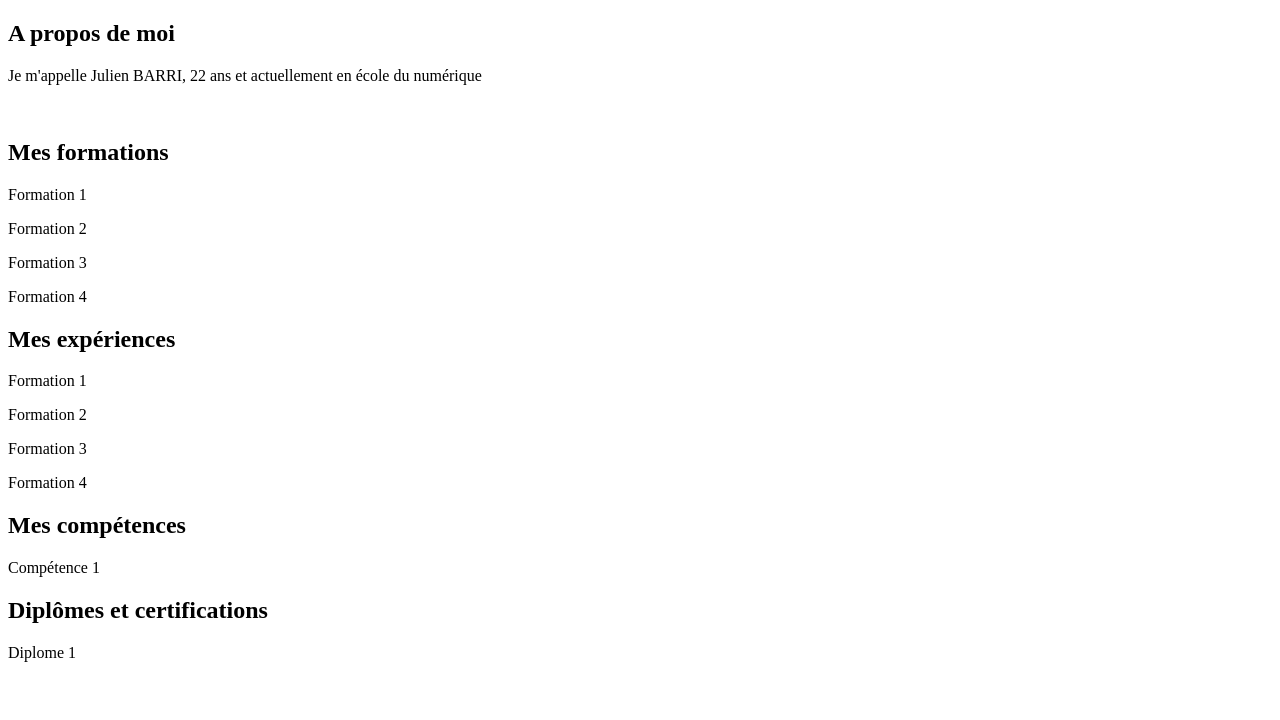
Repository: barridev/cours_devops.github.io
Page: index.html
These files come from the project's save history. The page is drawn as it stood at one moment and after the next save; the edit follows.
The browser window is 1280 px wide. The pictures show the whole page.

Above is the page before, as saved 2022-06-13 14:59:25.

### index.html
<!DOCTYPE html>
<html lang="en">

<head>
    <meta charset="UTF-8">
    <meta http-equiv="X-UA-Compatible" content="IE=edge">
    <meta name="viewport" content="width=device-width, initial-scale=1.0">
    <title>Document</title>
</head>

<body>
    <section>
        <h1>A propos de moi</h1>
        <p>Je m'appelle Julien BARRI, 22 ans et actuellement en école du numérique</p>
        <img src="" alt="">
    </section>

    <section>
        <h2> Mes formations </h2>
        <p>Formation 1</p>
        <p>Formation 2</p>
        <p>Formation 3</p>
        <p>Formation 4</p>
    </section>

    <section>
        <h2> Mes expériences </h2>
        <p>Formation 1</p>
        <p>Formation 2</p>
        <p>Formation 3</p>
        <p>Formation 4</p>
    </section>

    <section>
        <h2> Mes compétences</h2>
        <p>Compétence 1</p>

    </section>

    <section>
        <h2> Diplômes et certifications</h2>
        <p>Diplome 1</p>

    </section>

</body>

</html>

After the next save:
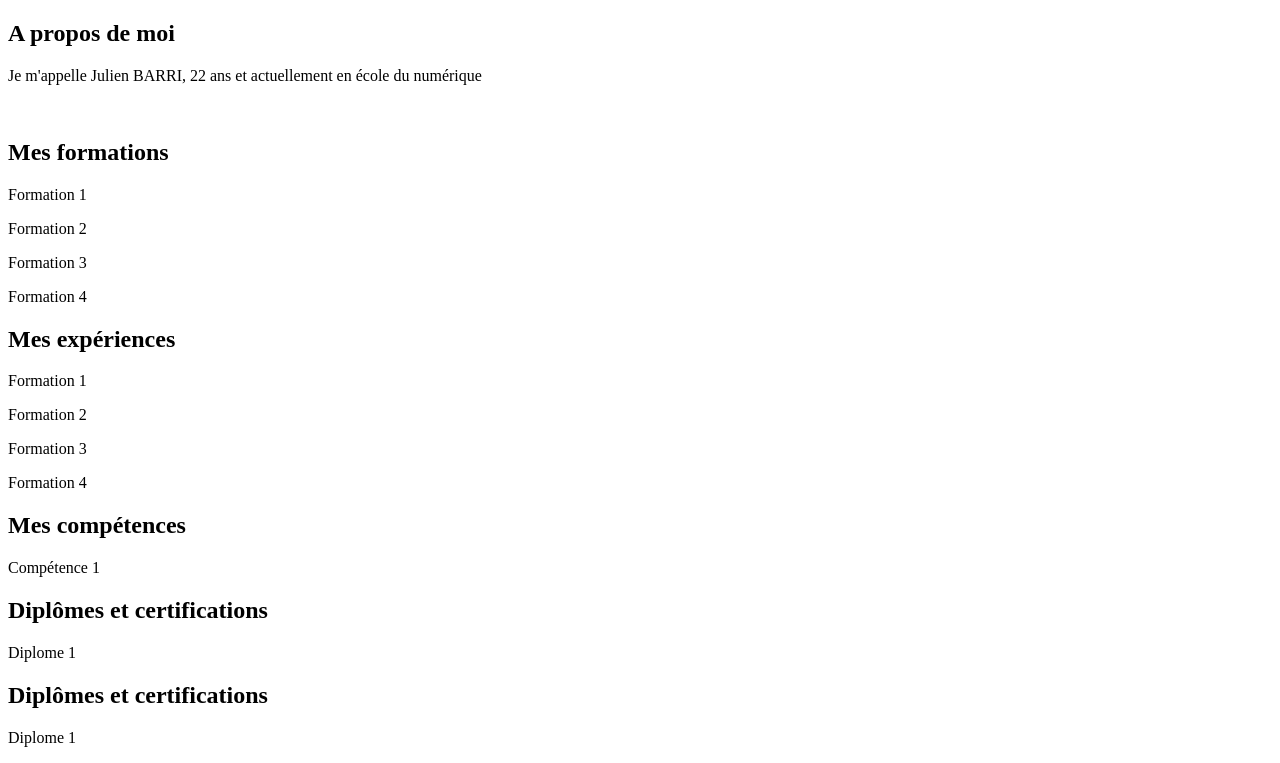
Saved 6 s later.
--- a/index.html
+++ b/index.html
@@ -43,6 +43,12 @@
 
     </section>
 
+    <section>
+        <h2> Diplômes et certifications</h2>
+        <p>Diplome 1</p>
+
+    </section>
+
 </body>
 
 </html>
